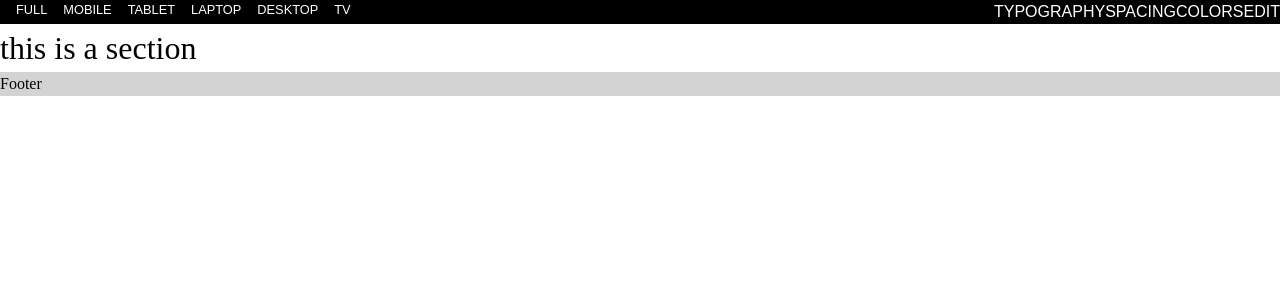
Repository: Terrycoco/coco-playground
Page: /
An editor plug-in stored every save of this project. The page is shown before and after the next save, followed by the edit.
The browser window is 1280 px wide. The pictures show the whole page.
The project was rebuilt for these pictures with package versions that can differ from the ones it lists, and the page was loaded fresh each time. The framework's server and built-in components were replaced by stand-ins that run in the browser. Also part of the build but not shown: next.config.js, src/components/menus/menu.module.css.

Above is the page before, as saved 2023-03-20 10:43:16.

### src/app/layout.js
//THIS FILE DEFINES BASIC HTML FOR WHOLE SITE
//YOU CAN OVERWRITE ANY METADATA IN INDIVIDUAL ROUTES ALSO
"use client";
import { Providers } from "./store/provider";
import "./globals.css";
import Header from "@/components/layout/Header.js";

import Footer from "@/components/layout/Footer";
import ScreenEmulator from "@/components/layout/ScreenEmulator";

//can't use metadata on files that use client
// export const metadata = {
//   title: "Theme Playground",
//   description: "Theme Playground By Coco",
// };

export default function RootLayout({ children }) {
  return (
    <html lang="en">
      <head>
        <title>Coco Theme Playground</title>
      </head>

      <body>
        <Providers>
          <>
            <Header />
            <ScreenEmulator>
              {children}
              <Footer />
            </ScreenEmulator>
          </>
        </Providers>
      </body>
    </html>
  );
}

### src/app/page.js
"use client";
import { useSelector, useDispatch } from "react-redux";
import { selectTheme } from "./store/slices/themeSlice";

export default function Page() {
  const theme = useSelector(selectTheme);
  console.log("page recd theme:", theme);
  return (
    <main>
      <section>this is a section</section>
    </main>
  );
}

// <section id="theme" style={getContainerStyle("section")}>
// <h1 style={getHStyle("h1")}>
//   This the result of your Theme{"   "}
//   <span style={styles.smgray}>(h1)</span>
// </h1>
// <h2 style={getHStyle("h2")}>
//   Your Default Styles Are Shown{"   "}
//   <span style={styles.smgray}>(h2)</span>
// </h2>
// <h3 style={getHStyle("h3")}>
//   You selected {`${levCount - 1}`} levels of headings.
//   <span style={styles.smgray}>(h3)</span>
// </h3>

// <h4 style={getHStyle("h4")}>
//   I am a heading level 4 {"   "}
//   <span style={styles.smgray}>(h4)</span>
// </h4>

// <h5 style={getHStyle("h5")}>
//   I am a heading level 5{"   "}
//   <span style={styles.smgray}>(h5)</span>
// </h5>

// <h6 style={getHStyle("h6")}>
//   I am a heading level 6{"   "}
//   <span style={styles.smgray}>(h6)</span>
// </h6>

// <p data-el="p" style={getTextStyle("p")}>
//   Your theme settings will show up here. These are the default styles
//   for each element, which will be consistent across your project. You
//   can, of course, alter them for individual elements as you see fit.{" "}
//   <span style={styles.smgray}>(p)</span>
// </p>
// <p data-el="p" style={getTextStyle("p")}>
//   This is the paragraph element. To set the font scale among the
//   different headings and at different screen resolutions, go to{" "}
//   <b>SCALE</b>. The rest of the paragraph settings can be found by
//   clicking <b>TEXT</b> <span style={styles.smgray}>(p)</span>
// </p>

// <p data-el="p" style={getTextStyle("p")}>
//   Don't like the spacing? Click <b>CONTAINERS</b> to set default padding
//   and margins for container elements like sections, the header and
//   footer, between paragraphs, etc.{" "}
//   <span style={styles.smgray}>(p)</span>
// </p>
// </section>
// <section id="colors" style={getContainerStyle("section")}>
// <h1 style={getHStyle("h1")}>
//   This the result of your Theme{"   "}
//   <span style={styles.smgray}>(h1)</span>
// </h1>
// <h2 style={getHStyle("h2")}>
//   Your Default Styles Are Shown{"   "}
//   <span style={styles.smgray}>(h2)</span>
// </h2>
// <h3 style={getHStyle("h3")}>
//   You selected {`${levCount - 1}`} levels of headings.
//   <span style={styles.smgray}>(h3)</span>
// </h3>

// <h4 style={getHStyle("h4")}>
//   I am a heading level 4 {"   "}
//   <span style={styles.smgray}>(h4)</span>
// </h4>

// <h5 style={getHStyle("h5")}>
//   I am a heading level 5{"   "}
//   <span style={styles.smgray}>(h5)</span>
// </h5>

// <h6 style={getHStyle("h6")}>
//   I am a heading level 6{"   "}
//   <span style={styles.smgray}>(h6)</span>
// </h6>

// <p data-el="p" style={getTextStyle("p")}>
//   Your typography styles will show up here. These are the default styles
//   for each element, which will be consistent across your project. You
//   can, of course, alter them for individual elements as you see fit.{" "}
//   <span style={styles.smgray}>(p)</span>
// </p>
// <p data-el="p" style={getTextStyle("p")}>
//   This is the paragraph element. To set the font scale among the
//   different headings and at different screen resolutions, go to{" "}
//   <b>SCALE</b>. The rest of the paragraph settings can be found by
//   clicking <b>TYPOGRAPHY</b> <span style={styles.smgray}>(p)</span>
// </p>

// <p data-el="p" style={getTextStyle("p")}>
//   Don't like the spacing? Click <b>SPACING</b> to set default padding
//   and margins for elements like sections, the header and footer, between
//   paragraphs, etc. <span style={styles.smgray}>(p)</span>
// </p>
// </section>

### src/app/store/provider.js
"use client";

import { Provider } from "react-redux";
import store from "./store";

export function Providers({ children }) {
  return <Provider store={store}>{children}</Provider>;
}

### src/app/globals.css
@import "./reset.css";

:root {
  font-size: 1rem;
}
body {
  margin: 0;
  min-height: 100vh;
}

header {
  background-color: black;
  color: white;
}

footer {
  background-color: lightgray;
  color: black;
}

section {
  font-size: 2rem;
}

### src/components/layout/Header.js
"use client";
import React from "react";
import { useSelector } from "react-redux";
import { selectTheme } from "@/slices/themeSlice";
import { selectVariables } from "@/slices/variablesSlice";
import DeviceMenu from "@/components/menus/DeviceMenu";
import MainMenu from "@/components/menus/MainMenu";

function Header() {
  const theme = useSelector(selectTheme);
  const variables = useSelector(selectVariables);

  const styles = {
    header: {
      display: "flex",
      justifyContent: "space-between",
    },
  };

  const getHeaderStyles = () => {
    let styles = { ...theme.containers.header };
    styles.backgroundColor = variables[styles.backgroundColor];
    return styles;
  };

  return (
    <header style={styles.header}>
      <DeviceMenu />
      <MainMenu />
    </header>
  );
}

export default Header;

### src/components/layout/Footer.js
"use client";
import React from "react";

const Footer = () => {
  return <footer>Footer</footer>;
};

export default Footer;

### src/components/layout/ScreenEmulator.js
import { useState, useEffect } from "react";
import { useSelector } from "react-redux";
import { selectCurrentDevice, selectIsFullScreen } from "@/slices/uiSlice";
import { selectDevices, selectDeviceElements } from "@/slices/themeSlice";

const ScreenEmulator = ({ children, ...props }) => {
  const [width, setWidth] = useState("400px");
  const isFullScreen = useSelector(selectIsFullScreen);
  const device = useSelector(selectCurrentDevice);
  const devices = useSelector(selectDevices);
  const [baseFontSize, setBaseFontSize] = useState();
  const deviceFontSizes = useSelector(selectDeviceElements);

  //get some valid heights
  useEffect(() => {
    if (device && device.length > 0 && devices !== undefined) {
      if (isFullScreen) {
        setWidth(window.innerWidth);
      } else {
        console.log("device is:", device, "devices:", devices);
        let w = devices[device].min + 100 + "px";
        setWidth(w);
      }
      setBaseFontSize(deviceFontSizes[device].body.fontSize + "px");
    }
  }, [device, isFullScreen]);

  const getEmulation = () => {
    return {
      border: "1px solid darkgray",
      width: `${width}`,
      fontSize: `${baseFontSize}`,
      marginTop: "1rem",
      marginLeft: "1rem",
      height: window.innerHeight - 75 + "px",
      overflowY: "scroll",
      borderRadius: "10px",
      boxShadow: "rgba(213, 217, 217, 0.5) 0 2px 5px 0",
    };
  };

  if (isFullScreen == true) {
    return <>{children}</>;
  } else {
    return (
      <div style={getEmulation()}>
        {children}
        Screen size: {width} Device: {device}
      </div>
    );
  }
};

export default ScreenEmulator;

### src/app/store/slices/themeSlice.js
"use client";

import { createSlice, createSelector } from "@reduxjs/toolkit";
import { HYDRATE } from "next-redux-wrapper";
import { currentTheme } from "@/themes";

const initialState = {
  headingCount: currentTheme.headingCount,
  fonts: currentTheme.fonts,
  colors: currentTheme.colors,
  colorVariants: currentTheme.colorVariants,
  devices: currentTheme.devices,
  deviceElements: currentTheme.deviceElements,
  text: currentTheme.text,
  containers: currentTheme.containers,
};

export const themeSlice = createSlice({
  name: "theme",
  initialState,
  reducers: {
    updateText(state, action) {
      state.text[action.payload.element][action.payload.propName] =
        action.payload.value;
    },

    extraReducers: {
      [HYDRATE]: (state, action) => {
        return {
          ...state,
          ...action.payload.theme,
        };
      },
    },
  },
});

export const { updateText } = themeSlice.actions;
export const selectTheme = (state) => state.theme;
export const selectText = (state) => state.theme.text;
export const selectDevices = (state) => state.theme.devices;
export const selectDeviceElements = (state) => state.theme.deviceElements;
export default themeSlice.reducer;

### src/app/store/store.js
"use client"; //anything that will access redux must use client
import { configureStore } from "@reduxjs/toolkit";
import { themeSlice } from "./slices/themeSlice";
import { variablesSlice } from "./slices/variablesSlice";
import { uiSlice } from "./slices/uiSlice";

// config the store
const store = configureStore({
  reducer: {
    [themeSlice.name]: themeSlice.reducer,
    [variablesSlice.name]: variablesSlice.reducer,
    [uiSlice.name]: uiSlice.reducer,
  },
});

// export default the store
console.log("store:", store.getState());
export default store;

### src/app/reset.css
/* Box sizing rules */
*,
*::before,
*::after {
  box-sizing: border-box;
}

/* Remove default margin */
main,
html,
body,
h1,
h2,
h3,
h4,
h5,
h6,
p,
figure,
blockquote,
dl,
dd {
  margin: 0;
  padding: 0;
}

/* Remove list styles on ul, ol elements with a list role, which suggests default styling will be removed */
ul,
menu,
ol {
  list-style: none;
}

/* remove discs from list items */
li {
  list-style-type: none;
}

/* Set core root defaults */
html:focus-within {
  scroll-behavior: smooth;
}

/* Set core body defaults */
body {
  min-height: 100vh;
  text-rendering: optimizeSpeed;
  line-height: 1.5;
}

/* A elements that don't have a class get default styles */
a:not([class]) {
  text-decoration-skip-ink: auto;
}

/* Make images easier to work with */
img,
picture {
  max-width: 100%;
  display: block;
}

menu {
  margin-block-start: 0em;
  margin-block-end: 0em;
  margin-inline-start: 0px;
  margin-inline-end: 0px;
  padding-inline-start: 0px;
}

/* Inherit fonts for inputs and buttons */
input,
button,
textarea,
select {
  font: inherit;
}

/* remove any default font props */
body,
h1,
h2,
h3,
h4,
h5,
h6,
p {
  letter-spacing: normal;
  word-spacing: normal;
  line-height: 1.5;
  font-optical-sizing: auto;
}

/* Remove all animations, transitions and smooth scroll for people that prefer not to see them */
@media (prefers-reduced-motion: reduce) {
  html:focus-within {
    scroll-behavior: auto;
  }

  *,
  *::before,
  *::after {
    animation-duration: 0.01ms !important;
    animation-iteration-count: 1 !important;
    transition-duration: 0.01ms !important;
    scroll-behavior: auto !important;
  }
}

### src/app/store/slices/variablesSlice.js
import { createSlice } from "@reduxjs/toolkit";
import { HYDRATE } from "next-redux-wrapper";
import { currentTheme } from "@/themes";
import { updateColor, updateFont } from "@/app/store/sharedActions";

function toCSS(key) {
  var result = key.replace(/([A-Z])/g, " $1");
  return result.split(" ").join("-").toLowerCase();
}

const getFontVariable = (fontName) => {
  let str = fontName.replaceAll(" ", "-").toLowerCase();
  return `var(--font-${str})`;
};

const loadInitVariables = () => {
  let variables = {};
  let section, prefix;

  //fonts
  section = "fonts";
  prefix = "var(--font-";
  for (const key in currentTheme[section]) {
    variables[`${prefix}${key})`] = getFontVariable(currentTheme[section][key]);
  }

  //colors
  section = "colors";
  prefix = "var(--clr-";
  for (const key in currentTheme[section]) {
    variables[`${prefix}${key})`] = toCSS(currentTheme[section][key]);
  }

  //color variants
  section = "colorVariants";
  prefix = "var(--clr-";
  for (const key in currentTheme[section]) {
    variables[`${prefix}${key})`] = toCSS(currentTheme[section][key]);
  }

  return variables;
};

const initialState = loadInitVariables();

export const variablesSlice = createSlice({
  name: "variables",
  initialState,
  reducers: {
    updateVariable(state, action) {
      state[action.payload.key] = action.payload.value;
    },
  },
  extraReducers: (builder) => {
    builder
      .addCase(updateColor, (state, action) => {
        action.payload.map((obj) => {
          state[obj.themeVar] = obj.value;
        });
      })
      .addCase(updateFont, (state, action) => {
        console.log("got here:", action.payload);
        //theme variable (ie body) has been updated to another font
        state[action.payload.themeVar] = action.payload.fontVar;
      });
  },
});

export const { updateVariable } = variablesSlice.actions;
export const selectVariables = (state) => state.variables;
export default variablesSlice.reducer;

### src/components/menus/DeviceMenu.js
"use client";
import { useState, useEffect } from "react";
import { useSelector, useDispatch } from "react-redux";
import {
  selectCurrentDevice,
  updateCurrentDevice,
  updateIsFullScreen,
  selectIsFullScreen,
} from "@/slices/uiSlice";
import { selectDevices } from "@/slices/themeSlice";
import css from "./menu.module.css";

const DeviceMenu = () => {
  const currentDevice = useSelector(selectCurrentDevice);
  const fullScreen = useSelector(selectIsFullScreen);
  const dispatch = useDispatch();
  const devices = useSelector(selectDevices);
  const [userSize, setUserSize] = useState();
  const [userDevice, setUserDevice] = useState();

  useEffect(() => {
    setUserSize(window.innerWidth); //TODO MAKE RESPONSIVE
    let ud = getUserDevice(window.innerWidth, devices);
    console.log("userDevice:", ud);
    setUserDevice(ud);
    dispatch(updateCurrentDevice(ud));
  }, []);

  const styles = {
    menu: {
      display: "flex",
      flexDirection: "row",
      justifyContent: "space-evenly",
    },
    li: {
      fontFamily: "Arial",
      textTransform: "uppercase",
      fontSize: ".8em",
      paddingLeft: "1rem",
    },
  };

  const handleSelect = (e) => {
    const dev = e.target.id;
    if (dev === "full") {
      dispatch(updateIsFullScreen(true));
      dispatch(updateCurrentDevice(userDevice));
    } else {
      dispatch(updateCurrentDevice(dev));
      dispatch(updateIsFullScreen(false));
    }
  };

  return (
    <menu style={styles.menu}>
      <li id="full" style={styles.li} onClick={handleSelect} className={css.li}>
        Full
      </li>
      <li
        id="mobile"
        style={styles.li}
        className={css.li}
        onClick={handleSelect}
      >
        mobile
      </li>
      <li
        id="tablet"
        style={styles.li}
        className={css.li}
        onClick={handleSelect}
      >
        tablet
      </li>
      <li
        id="laptop"
        style={styles.li}
        className={css.li}
        onClick={handleSelect}
      >
        laptop
      </li>
      <li
        id="desktop"
        style={styles.li}
        className={css.li}
        onClick={handleSelect}
      >
        desktop
      </li>
      <li id="tv" style={styles.li} className={css.li} onClick={handleSelect}>
        tv
      </li>
    </menu>
  );
};

export default DeviceMenu;

function getUserDevice(size, devices) {
  for (const d in devices) {
    if (devices[d].min <= size && size <= devices[d].max) {
      return d;
    }
  }
}

### src/components/menus/MainMenu.js
"use client";
import React from "react";
import { useSelector } from "react-redux";
import { selectTheme } from "@/slices/themeSlice";
import { selectVariables } from "@/slices/variablesSlice";

function MainMenu() {
  const theme = useSelector(selectTheme);
  const variables = useSelector(selectVariables);

  const styles = {
    menu: {
      display: "flex",
      justifyContent: "space-evenly",
    },
    li: {
      fontFamily: "Arial, Helvetica",
      fontSize: "1rem",
      textTransform: "uppercase",
    },
  };

  return (
    <menu style={styles.menu}>
      <li style={styles.li}>typography</li>
      <li style={styles.li}>spacing</li>
      <li style={styles.li}>colors</li>
      <li style={styles.li}>edit</li>
    </menu>
  );
}

export default MainMenu;

### src/app/store/slices/uiSlice.js
"use client";

//slice for ui state

import { createSlice, createSelector } from "@reduxjs/toolkit";
import { HYDRATE } from "next-redux-wrapper";

const initialState = {
  currentForm: "",
  currentDevice: "",
  isFullScreen: true,
  isDrawerOpen: false,
  currentTab: 1,
};

export const uiSlice = createSlice({
  name: "ui",
  initialState,
  reducers: {
    updateCurrentForm(state, action) {
      state.currentForm = action.payload;
    },
    updateCurrentTab(state, action) {
      state.currentTab = action.payload;
    },
    updateCurrentDevice(state, action) {
      console.log("updateDevice: ", action);
      state.currentDevice = action.payload;
    },
    updateIsDrawerOpen(state, action) {
      state.isDrawerOpen = action.payload;
    },
    updateIsFullScreen(state, action) {
      state.isFullScreen = action.payload;
    },

    extraReducers: {
      [HYDRATE]: (state, action) => {
        return {
          ...state,
          ...action.payload.ui,
        };
      },
    },
  },
});

export const {
  updateCurrentForm,
  updateCurrentDevice,
  updateCurrentTab,
  updateIsDrawerOpen,
  updateIsFullScreen,
} = uiSlice.actions;
export const selectCurrentDevice = (state) => state.ui.currentDevice;
export const selectCurrentTab = (state) => state.ui.currentTab;
export const selectCurrentForm = (state) => state.ui.currentForm;
export const selectIsDrawerOpen = (state) => state.ui.isDrawerOpen;
export const selectIsFullScreen = (state) => state.ui.isFullScreen;
export default uiSlice.reducer;

### src/themes/index.js
import init from "./init";

module.exports = { currentTheme: init };

### src/app/store/sharedActions.js
import { createAction } from "@reduxjs/toolkit";
const varKeys = [75, 50, 25, 10, 5];

const updateColor = createAction("UPDATE_COLOR", function prepare(obj) {
  //any time theme color is updated, so are variants so pass those in with the payload
  console.log("shared updateColor", obj);
  let key = obj.key;
  let payloadVal = [];
  let newhex = obj.value;
  if (key !== "error" && key !== "whitish") {
    varKeys.map((pct) => {
      let variantKey = `${key}${pct}`;
      let val = getPctOfHex(newhex, pct);
      payloadVal.push({
        key: variantKey,
        value: val,
        section: "variants",
        themeVar: `var(--clr-${variantKey})`,
      });
    });
  }
  //push original one
  payloadVal.push({
    key: key,
    value: newhex,
    section: "themed",
    themeVar: `var(--clr-${key})`,
  });
  //console.log("newpayload:", payloadVal);
  return { payload: payloadVal };
});

const updateFont = createAction("UPDATE_FONT", function prepare(obj) {
  console.log("fontobj:", obj);
  /*shape of font payload
      propName: "body",
      name: "Gelasio",
      themeVar: "var(--font-body)",
      fontVar: "var(--font-gelasio)" */

  return { payload: obj };
});

module.exports = { updateColor, updateFont };

// util functions to calculate variant values --------------
function hexToHSL(H) {
  // Convert hex to RGB first
  let r = 0,
    g = 0,
    b = 0;
  if (H.length == 4) {
    r = "0x" + H[1] + H[1];
    g = "0x" + H[2] + H[2];
    b = "0x" + H[3] + H[3];
  } else if (H.length == 7) {
    r = "0x" + H[1] + H[2];
    g = "0x" + H[3] + H[4];
    b = "0x" + H[5] + H[6];
  }
  // Then to HSL
  r /= 255;
  g /= 255;
  b /= 255;
  let cmin = Math.min(r, g, b),
    cmax = Math.max(r, g, b),
    delta = cmax - cmin,
    h = 0,
    s = 0,
    l = 0;

  if (delta == 0) h = 0;
  else if (cmax == r) h = ((g - b) / delta) % 6;
  else if (cmax == g) h = (b - r) / delta + 2;
  else h = (r - g) / delta + 4;

  h = Math.round(h * 60);

  if (h < 0) h += 360;

  l = (cmax + cmin) / 2;
  s = delta == 0 ? 0 : delta / (1 - Math.abs(2 * l - 1));
  s = +(s * 100).toFixed(1);
  l = +(l * 100).toFixed(1);

  return { h: h, s: s, l: l };
}
function getPctOfHex(hex, pct) {
  //incoming pct is pct opacity of orig color
  let inverted = 100 - pct;
  //convert incoming to hsl
  let hsl = hexToHSL(hex);

  //current lightness is 0%;
  let currentLightPct = hsl.l;
  let remainingLightPct = 100 - currentLightPct;
  let onepct = remainingLightPct / 100;
  let desiredPct = onepct * inverted + currentLightPct;
  let result = HSLToHex(hsl.h, hsl.s, desiredPct);
  return result;
}
function HSLToHex(h, s, l) {
  s /= 100;
  l /= 100;

  let c = (1 - Math.abs(2 * l - 1)) * s,
    x = c * (1 - Math.abs(((h / 60) % 2) - 1)),
    m = l - c / 2,
    r = 0,
    g = 0,
    b = 0;

  if (0 <= h && h < 60) {
    r = c;
    g = x;
    b = 0;
  } else if (60 <= h && h < 120) {
    r = x;
    g = c;
    b = 0;
  } else if (120 <= h && h < 180) {
    r = 0;
    g = c;
    b = x;
  } else if (180 <= h && h < 240) {
    r = 0;
    g = x;
    b = c;
  } else if (240 <= h && h < 300) {
    r = x;
    g = 0;
    b = c;
  } else if (300 <= h && h < 360) {
    r = c;
    g = 0;
    b = x;
  }
  // Having obtained RGB, convert channels to hex
  r = Math.round((r + m) * 255).toString(16);
  g = Math.round((g + m) * 255).toString(16);
  b = Math.round((b + m) * 255).toString(16);

  // Prepend 0s, if necessary
  if (r.length == 1) r = "0" + r;
  if (g.length == 1) g = "0" + g;
  if (b.length == 1) b = "0" + b;

  return "#" + r + g + b;
}

### src/themes/init.js
//to use, import this file and set this as currentTheme in /src/themes/index
const headingCount = 1;

const fonts = {
  body: "Times",
  display: "Times",
  special: "Times",
  mono: "Times",
  forms: "Arial",
};

const devices = {
  mobile: {
    min: 320,
    max: 479,
  },

  tablet: {
    min: 480,
    max: 767,
  },

  laptop: {
    min: 768,
    max: 1023,
  },

  desktop: {
    min: 1024,
    max: 1999,
  },

  tv: {
    min: 1200,
    max: 9999,
  },
};

const deviceElements = {
  mobile: {
    body: {
      fontSize: "18",
      lineHeight: "1.5",
    },
    h1: {
      fontSize: "40",
      lineHeight: "1.16",
    },
  },
  tablet: {
    body: {
      fontSize: "19",
      lineHeight: "1.5",
    },
    h1: {
      fontSize: "40",
      lineHeight: "1.16",
    },
  },
  laptop: {
    body: {
      fontSize: "20",
      lineHeight: "1.329",
    },
    h1: {
      fontSize: "52",
      lineHeight: "1.16",
    },
  },
  desktop: {
    body: {
      fontSize: "24",
      lineHeight: "1.345",
    },
    h1: {
      fontSize: "57",
      lineHeight: "1.16",
    },
  },

  tv: {
    body: {
      fontSize: "28",
      lineHeight: "1.391",
    },
    h1: {
      fontSize: "67",
      lineHeight: "1.031",
    },
  },
};

const colors = {
  primary: "#fc3a79",
  secondary: "#fe572e",
  blackish: "#261f22",
  whitish: "#f5f5f4",
  error: "#dc2626",
};

const colorVariants = {
  primary75: "#fd6b99",
  primary50: "#fe9dbb",
  primary25: "#fecedd",
  primary10: "#ffebf1",
  primary5: "#fff5f8",
  secondary75: "#fe8162",
  secondary50: "#feab96",
  secondary25: "#ffd5cb",
  secondary10: "#ffeeea",
  secondary5: "#fff7f5",
  blackish75: "#635158",
  blackish50: "#9c868f",
  blackish25: "#cdc2c7",
  blackish10: "#ebe7e9",
  blackish5: "#f5f3f4",
};

const containers = {
  header: {
    backgroundColor: "var(--clr-primary)",
    height: "2rem",
    paddingRight: "0rem",
    paddingLeft: "0rem",
  },
  main: {
    paddingTop: "2rem",
    paddingRight: "0rem",
    paddingBottom: "0rem",
    paddingLeft: "0rem",
  },
  section: {
    paddingTop: "0rem",
    paddingRight: "0rem",
    paddingBottom: "0rem",
    paddingLeft: "0rem",
  },
  article: {
    paddingTop: "0rem",
    paddingRight: "0rem",
    paddingBottom: "0rem",
    paddingLeft: "0rem",
  },
  aside: {
    paddingTop: "0rem",
    paddingRight: "0rem",
    paddingBottom: "0rem",
    paddingLeft: "0rem",
  },
  footer: {
    backgroundColor: "var(--clr-primary50)",
    color: "var(--clr-blackish)",
    height: "0rem",
    paddingTop: "0rem",
    paddingRight: "0rem",
    paddingBottom: "0rem",
    paddingLeft: "0rem",
  },
};

const text = {
  p: {
    color: "var(--clr-blackish)",
    fontFamily: "var(--font-body)",
    fontWeight: "400",
    fontSize: "var(--fs-body)",
    lineHeight: "var(--lh-body)",
    letterSpacing: "0px",
    wordSpacing: "0px",
    maxWidth: "60ch",
    marginBottom: "1rem",
  },

  h1: {
    color: "var(--clr-blackish)",
    fontFamily: "var(--font-display)",
    fontWeight: "400",
    fontSize: "var(--fs-h1)",
    lineHeight: "var(--lh-h1)",
    letterSpacing: "-1.5px",
    wordSpacing: "-5px",
    maxWidth: "60ch",
    marginBottom: "1rem",
  },

  h2: {
    color: "var(--clr-blackish)",
    fontFamily: "var(--font-display)",
    fontWeight: "400",
    fontSize: "var(--fs-h2)",
    lineHeight: "var(--lh-h2)",
    letterSpacing: "-1.5px",
    wordSpacing: "-5px",
    maxWidth: "60ch",
    marginBottom: "1rem",
  },

  h3: {
    color: "var(--clr-blackish)",

    fontFamily: "var(--font-display)",

    fontWeight: "400",

    fontSize: "1rem",

    lineHeight: "150%",

    letterSpacing: "-1.5px",

    wordSpacing: "-5px",
    maxWidth: "60ch",
    marginBottom: "1rem",
  },

  h4: {
    color: "var(--clr-blackish)",

    fontFamily: "var(--font-display)",

    fontWeight: "400",

    fontSize: "1rem",

    lineHeight: "150%",

    letterSpacing: "-1.5px",

    wordSpacing: "-5px",
    maxWidth: "60ch",
    marginBottom: "1rem",
  },

  h5: {
    color: "var(--clr-blackish)",

    fontFamily: "var(--font-display)",

    fontWeight: "400",

    fontSize: "1rem",

    lineHeight: "150%",

    letterSpacing: "-1.5px",

    wordSpacing: "-5px",
    maxWidth: "60ch",
    marginBottom: "1rem",
  },

  h6: {
    color: "var(--clr-blackish)",

    fontFamily: "var(--font-display)",

    fontWeight: "400",

    fontSize: "1rem",

    lineHeight: "150%",

    letterSpacing: "-1.5px",

    wordSpacing: "-5px",
    marginBottom: "1rem",
  },

  small: {
    color: "var(--clr-blackish)",
    fontFamily: "var(--font-forms)",
    fontWeight: "400",
    fontSize: "var(--fs-sm)",
    lineHeight: "1",
    letterSpacing: "-1.5px",
    wordSpacing: "-5px",
    maxWidth: "60ch",
    marginBottom: "0rem",
  },
};

const theme = {
  headingCount,
  colors,
  colorVariants,
  fonts,
  deviceElements,
  devices,
  containers,
  text,
};

module.exports = {
  headingCount,
  colors,
  colorVariants,
  fonts,
  deviceElements,
  devices,
  containers,
  text,
  theme,
};

After the next save:
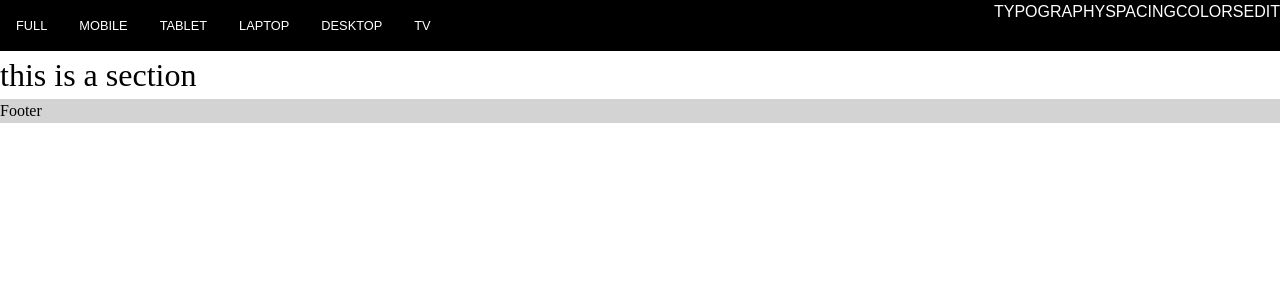
Saved 17 s later.
--- a/src/components/menus/DeviceMenu.js
+++ b/src/components/menus/DeviceMenu.js
@@ -36,7 +36,7 @@ const DeviceMenu = () => {
       fontFamily: "Arial",
       textTransform: "uppercase",
       fontSize: ".8em",
-      paddingLeft: "1rem",
+      padding: "1rem",
     },
   };
 
